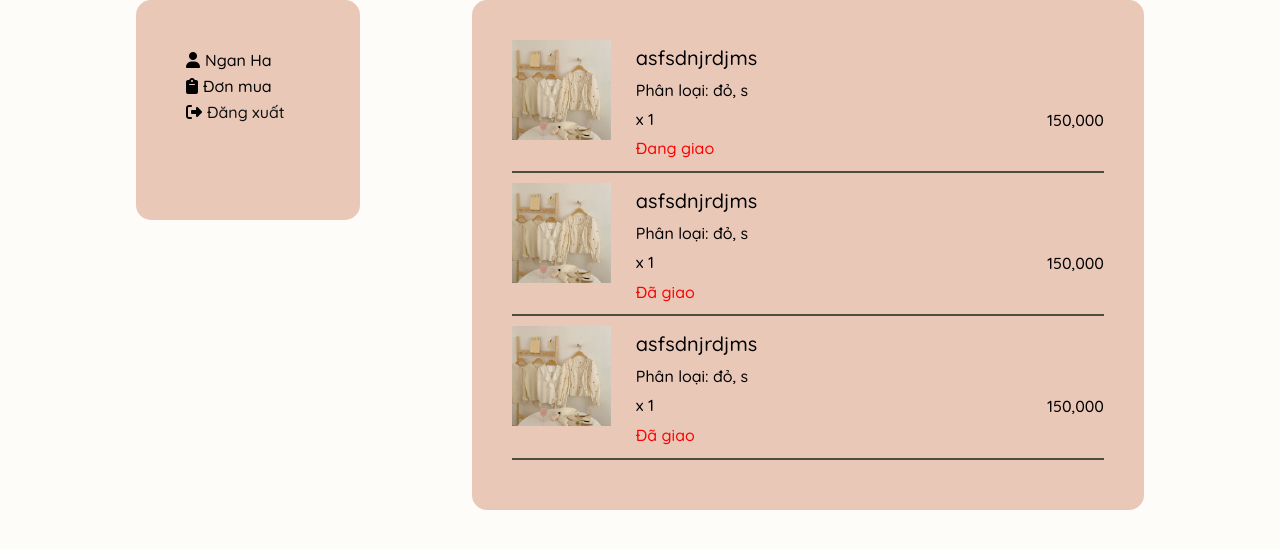
Repository: nganha241/store
Page: profile.html
The author's editor kept a copy of each file at every save. The page is drawn from the files as they stood at one save, then again after the next save.
The browser window is 1280 px wide. The pictures show the whole page.
Some web libraries are served in a nearby version.

Above is the page before, as saved 2022-04-22 21:36:23.

After the next save:
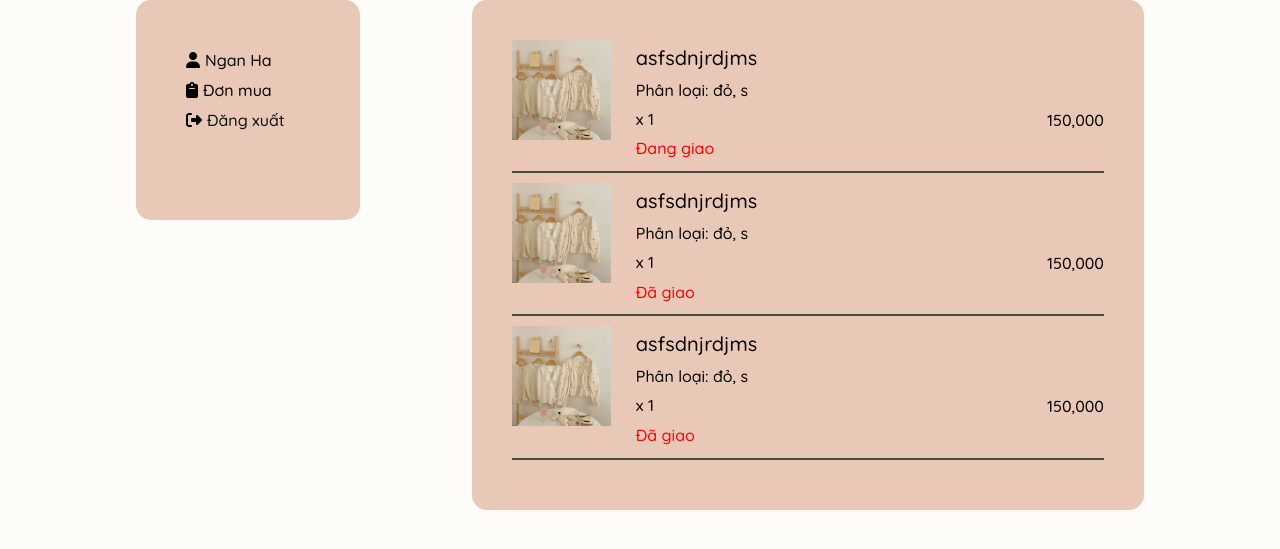
Saved 8 s later.
--- a/style.css
+++ b/style.css
@@ -1105,7 +1105,7 @@ li {
 .container .profile .active .list .name,
 .container .profile .active .list .order {
     cursor: pointer;
-    margin-bottom: 6px;
+    margin-bottom: 10px;
 }
 
 
